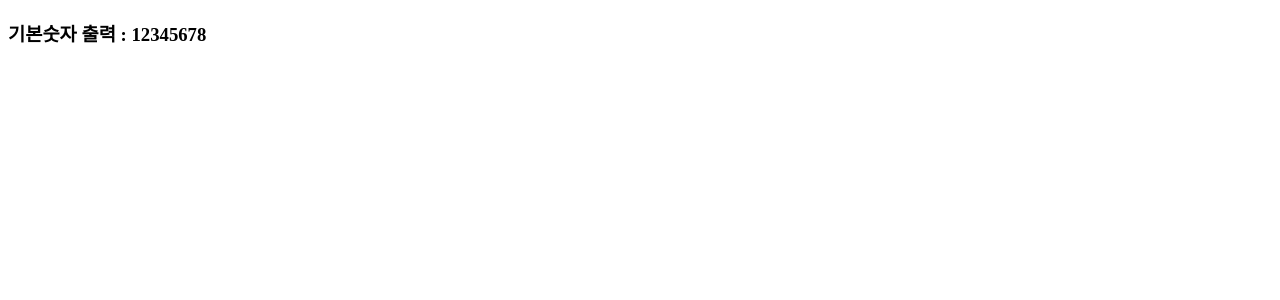
Repository: yongmin0309/mybatis1
Page: http://localhost/eL_JSTL/views/jstl/formattag.jsp
An editor plug-in stored every save of this project. The page is shown before and after the next save, followed by the edit.
The browser window is 1280 px wide. The pictures show the whole page.
The page is served by Tomcat 9.

Above is the page before, as saved 2024-04-20 07:58:21.

After the next save:
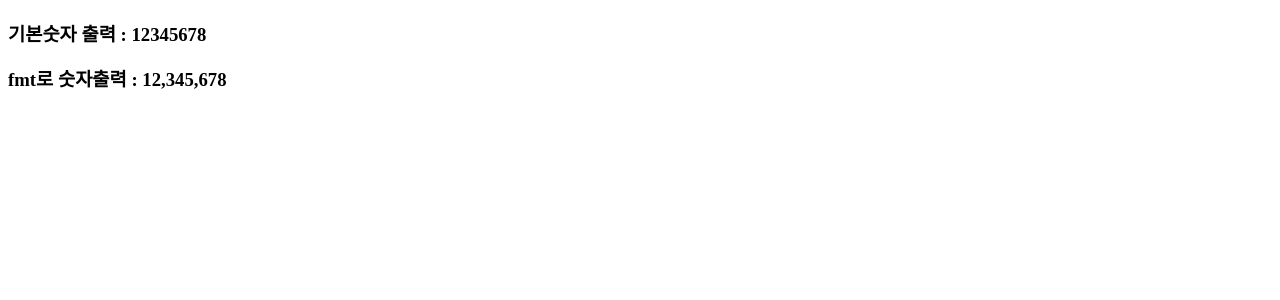
Saved 63 s later.
--- a/work/eL_JSTL/src/main/webapp/views/jstl/formattag.jsp
+++ b/work/eL_JSTL/src/main/webapp/views/jstl/formattag.jsp
@@ -12,5 +12,7 @@
 	<c:set var="numbertest" value="12345678"/>
 
 	<h3>기본숫자 출력 : <c:out value="${numbertest }"/></h3>
+	<h3>fmt로 숫자출력 : <fmt:formatNumber value="${numbertest }"/></h3>
+
 </body>
 </html>
